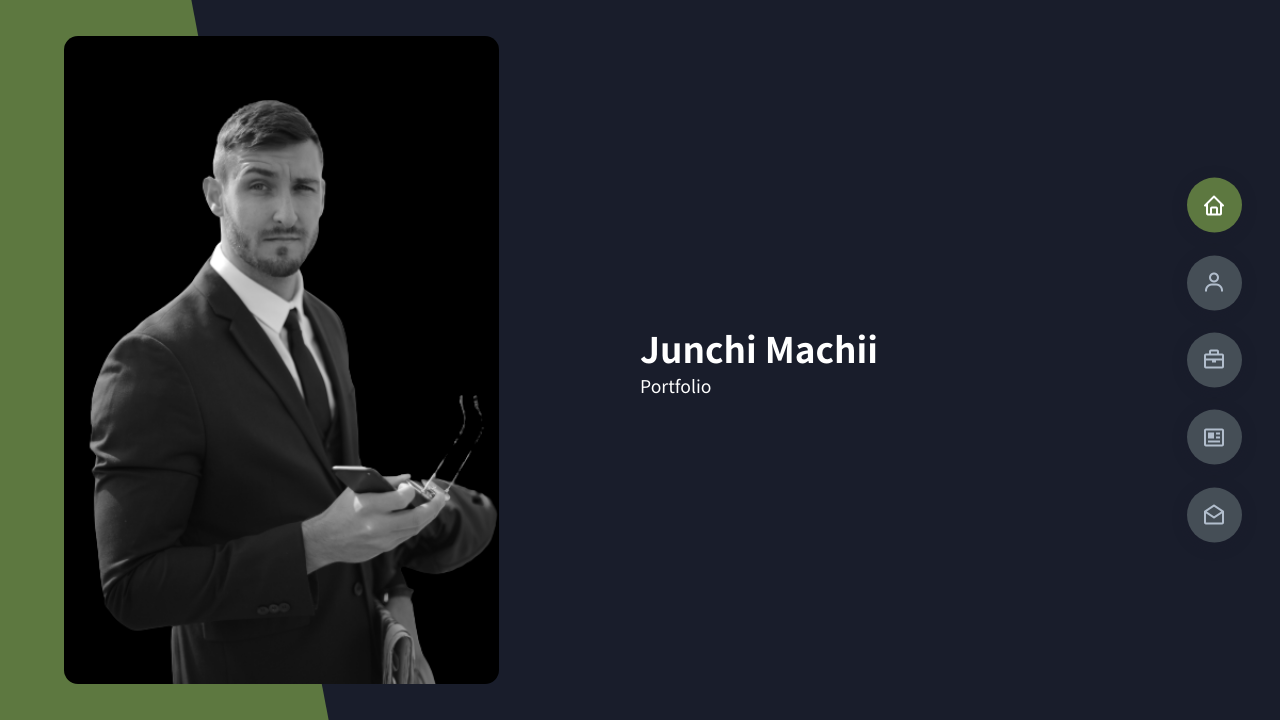
Repository: Junichi-Machii/js-portfolio2023
Page: index.html
An editor plug-in stored every save of this project. The page is shown before and after a run of saves, followed by the edit.
The browser window is 1280 px wide. The pictures show the whole page.
The style sheet was rebuilt from its Sass, Less or Tailwind sources for each picture, by a compiler version that may differ from the author's.

Above is the page before, as saved 2023-03-31 18:15:36.

After the next 2 saves:
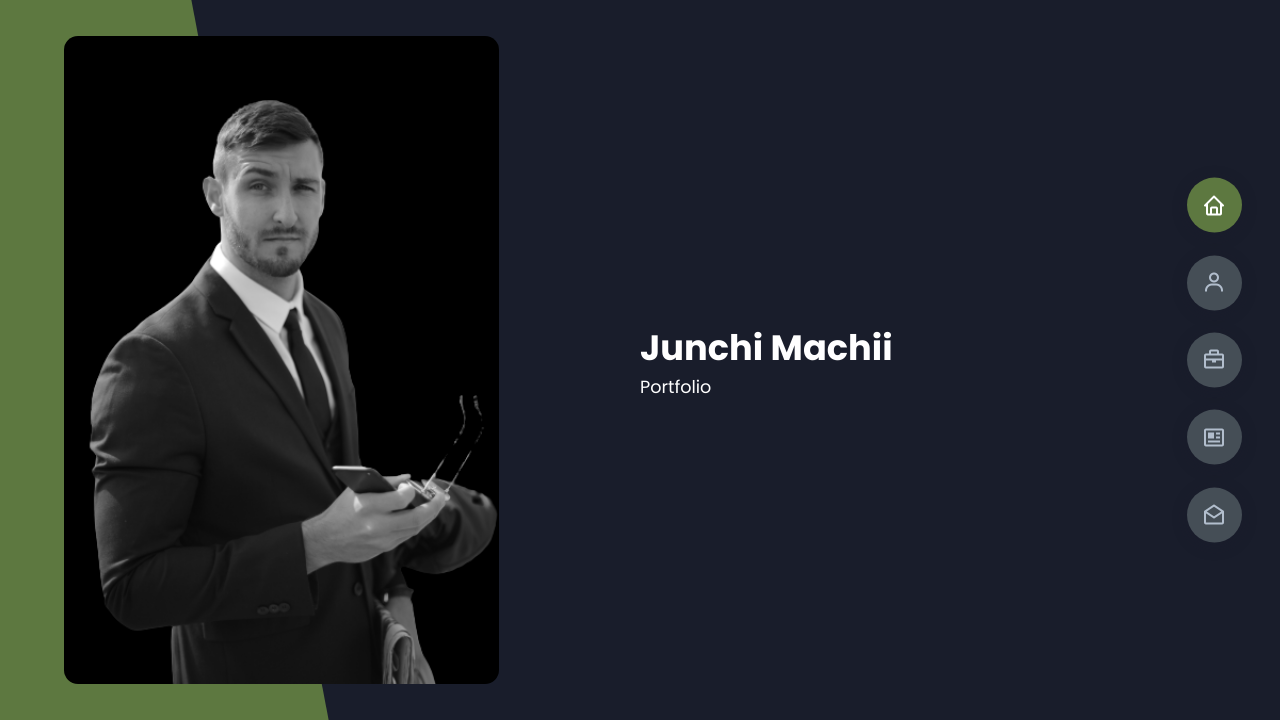
The 2 saves are shown as one change because they came seconds apart.
The last was saved 62 s later.
--- a/style.scss
+++ b/style.scss
@@ -47,7 +47,7 @@ body {
   font-size: 1.1rem;
   color: var(--color-white);
   transition: all 0.4s ease-in-out;
-  font-family: "Kameron", "Noto Sans JP", sans-serif;
+  font-family: "Poppins", "Noto Sans JP", sans-serif;
 }
 
 a {
